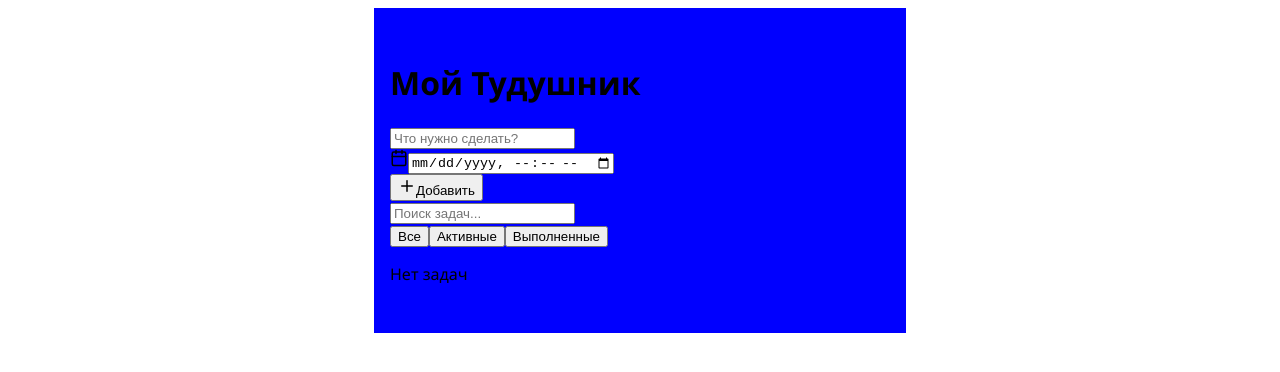
Repository: AlekCawka/-todo-project
Page: /
These files come from the project's save history. The page is drawn as it stood at one moment and after the next save; the edit follows.
The browser window is 1280 px wide. The pictures show the whole page.
The project was rebuilt for these pictures with package versions that can differ from the ones it lists, and the page was loaded fresh each time. Also part of the build but not shown: vite.config.js, src/components/TodoItem.jsx.

Above is the page before, as saved 2025-08-04 22:30:19.

### src/main.jsx
import React from 'react'
import ReactDOM from 'react-dom/client'
import App from './App.jsx'

ReactDOM.createRoot(document.getElementById('root')).render(
  <React.StrictMode>
    <App />
  </React.StrictMode>
)

### src/App.jsx
import React, { useState } from 'react';
import { useTodos } from './hooks/useTodos';
import { TodoForm } from './components/TodoForm';
import { TodoItem } from './components/TodoItem';
import { SearchBar } from './components/SearchBar';
import { FilterBar } from './components/FilterBar';

import './App.css';

function App() {
  const { todos, addTodo, deleteTodo, updateTodo, toggleCompleted } = useTodos();

  const [filter, setFilter] = useState('all');
  const [search, setSearch] = useState('');

  const normalize = (str) => str.trim().toLowerCase();

  const filteredTodos = todos.filter(todo => {

    if (filter === 'active' && todo.completed) return false;
    if (filter === 'completed' && !todo.completed) return false;

    if (!normalize(todo.text).includes(normalize(search))) return false;

    return true;
  });

  const handleEdit = (id) => {
    const currentTodo = todos.find(todo => todo.id === id);
    if (!currentTodo) return;

    const newText = prompt('Новое значение:', currentTodo.text);
    if (!newText || !newText.trim()) return;

    updateTodo(id, { text: newText.trim() });
  };

  return (
    <div className="container">
      <h1 className="title">Мой Тудушник</h1>

      <TodoForm onAdd={addTodo} />

      <SearchBar search={search} onSearchChange={setSearch} />

      <FilterBar activeFilter={filter} onChange={setFilter} />

      <div className="list">
        {filteredTodos.length === 0 ? (
          <p className="empty-msg">Нет задач</p>
        ) : (
          filteredTodos.map(todo => (
            <TodoItem
              key={todo.id}
              todo={todo}
              onDelete={deleteTodo}
              onToggle={toggleCompleted}
              onEdit={handleEdit}
            />
          ))
        )}
      </div>
    </div>
  );
}

export default App;

### src/hooks/useTodos.js
import { useState, useEffect } from 'react';
import { Trash2, Edit, Clock, Calendar, CheckSquare, Square } from 'lucide-react';

const generateId = () => crypto?.randomUUID?.() || `${Date.now()}-${Math.random()}`;

export const useTodos = () => {
    const [todos, setTodos] = useState([]);

    const normalize = (text) => text.trim().toLowerCase();

    useEffect(() => {
        const stored = localStorage.getItem('todos');
        if (stored) {
            setTodos(JSON.parse(stored));
        }
    }, []);

    useEffect(() => {
        localStorage.setItem('todos', JSON.stringify(todos));
    }, [todos]);

    const addTodo = (text, deadline = null) => {
        const trimmed = text.trim();

        if (!trimmed) return;

        const isDuplicate = todos.some(todo => normalize(todo.text) === normalize(text));

        if(isDuplicate) {
            return;
        }

        const newTodo = {
            id: generateId(),
            text: trimmed,
            completed: false,
            createdAt: new Date().toISOString(),
            deadline: deadline || null,
        };
        setTodos(prevTodos => [newTodo, ...prevTodos]);
    };

    const deleteTodo = (id) => {
        setTodos(prev => prev.filter(todo => todo.id !== id));
    };

    const updateTodo = (id, updates) => {
        setTodos(prev =>
            prev.map(todo =>
                todo.id === id ?
                    { ...todo, ...updates } : todo
            )
        );
    };

    const toggleCompleted = (id) => {
        setTodos(prev =>
            prev.map(todo =>
                todo.id === id ?
                    { ...todo, completed: !todo.completed } : todo
            )
        )
    }

    return {
        todos,
        addTodo,
        deleteTodo,
        updateTodo,
        toggleCompleted
    };
};

### src/components/TodoForm.jsx
import { useState } from 'react';
import { Plus, Calendar } from 'lucide-react';

export const TodoForm = ({ onAdd }) => {
    const [text, setText] = useState('');
    const [deadline, setDeadline] = useState('');

    const handleSubmit = (e) => {
        e.preventDefault();
        const trimmed = text.trim();

        if (!trimmed) {
            alert('Введите текст задачи');
            return;
        }

        onAdd(trimmed, deadline || null);
        setText('');
        setDeadline('');
    };

    return (
        <form onSubmit={handleSubmit} className="flex flex-col gap-4">
            <div>
                <input
                    type="text"
                    placeholder="Что нужно сделать?"
                    className="w-full px-4 py-2 border rounded-lg shadow-sm focus:outline-none focus:ring-2 focus:ring-blue-500"
                    value={text}
                    onChange={(e) => setText(e.target.value)}
                />
            </div>

            <div className="flex items-center gap-2">
                <Calendar size={18} className="text-gray-500" />
                <input
                    type="datetime-local"
                    className="px-2 py-1 border rounded"
                    value={deadline}
                    onChange={(e) => setDeadline(e.target.value)}
                />
            </div>

            <button
                type="submit"
                className="flex items-center justify-center gap-2 bg-blue-600 text-white px-4 py-2 rounded-lg hover:bg-blue-700 transition"
            >
                <Plus size={18} />
                Добавить
            </button>
        </form>
    );
};

### src/components/SearchBar.jsx
export const SearchBar = ({ value, onChange }) => {
    return (
        <input
            type="text"
            placeholder="Поиск задач..."
            value={value}
            onChange={(e) => onChange(e.target.value)}
            className="w-full px-4 py-2 border rounded-md shadow-sm focus:outline-none focus:ring focus:ring-blue-400 text-sm"
        />
    );
};

### src/components/FilterBar.jsx
export const FilterBar = ({ activeFilter, onChange }) => {
    const filters = [
        { label: 'Все', value: 'all' },
        { label: 'Активные', value: 'active' },
        { label: 'Выполненные', value: 'completed' },
    ];

    return (
        <div className="filter">
            {filters.map((f) => (
                <button
                    key={f.value}
                    className={`filter-btn ${activeFilter === f.value ? 'active' : ''}`}
                    onClick={() => onChange(f.value)}
                >
                    {f.label}
                </button>
            ))}
        </div>
    );
};

### src/App.css
.container {
    max-width: 500px;
    margin: 0 auto;
    padding: 2rem 1rem;
    font-family: 'Segoe UI', Tahoma, Geneva, Verdana, sans-serif;
    background-color: blue;
}

After the next save:
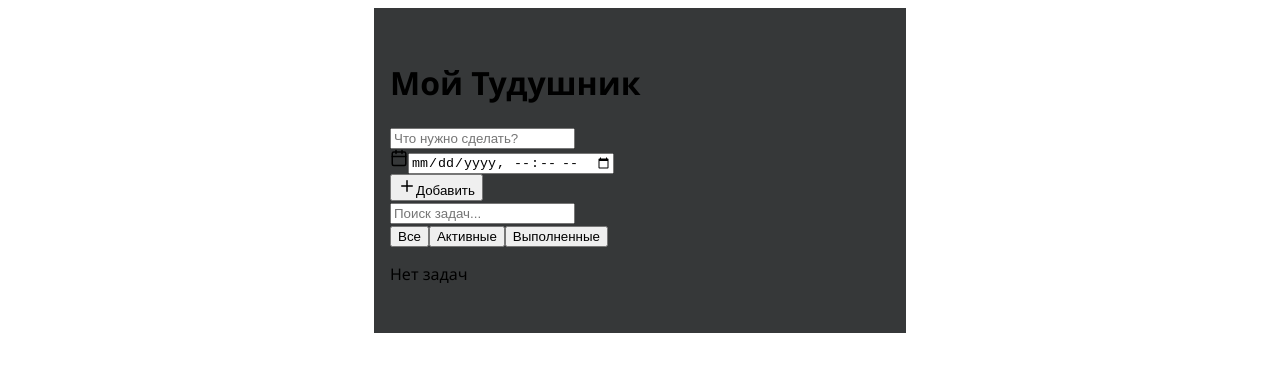
Saved 84 s later.
--- a/src/App.css
+++ b/src/App.css
@@ -3,5 +3,5 @@
     margin: 0 auto;
     padding: 2rem 1rem;
     font-family: 'Segoe UI', Tahoma, Geneva, Verdana, sans-serif;
-    background-color: blue;
+    background-color: rgb(54, 56, 57);
 }
